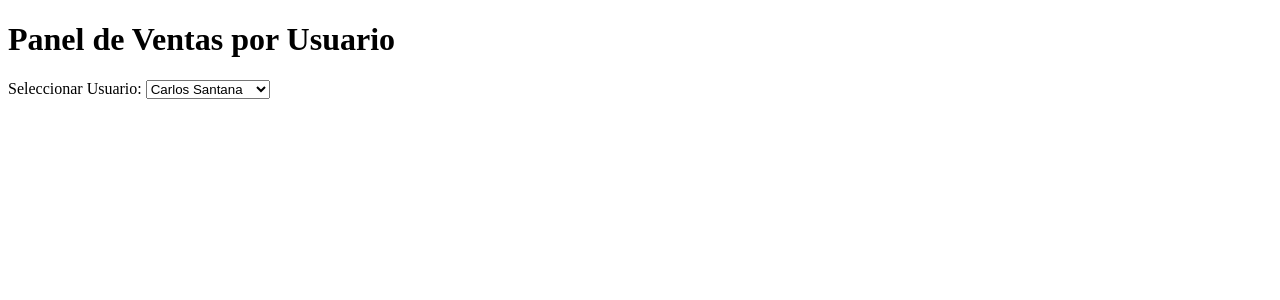
Repository: osoriomrs/DWEC
Page: EJER_12/EJER_05/index.html
An editor plug-in stored every save of this project. The page is shown before and after the next save, followed by the edit.
The browser window is 1280 px wide. The pictures show the whole page.

Above is the page before, as saved 2025-11-18 09:57:18.

After the next save:
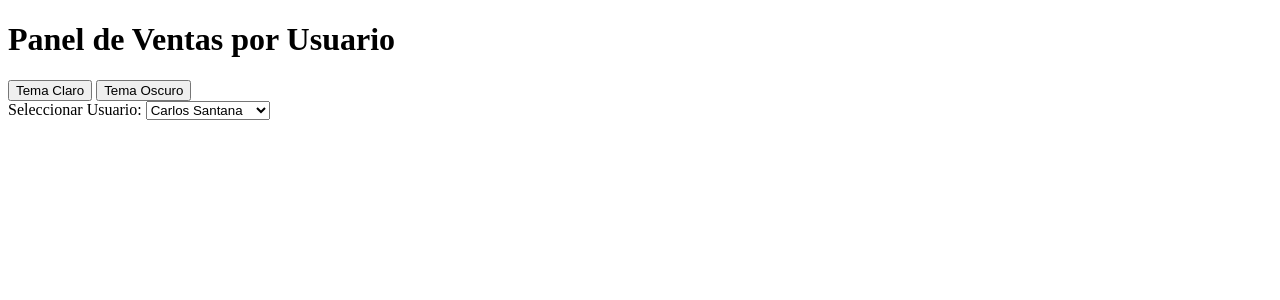
Saved 26 days later.
--- a/EJER_12/EJER_05/index.html
+++ b/EJER_12/EJER_05/index.html
@@ -7,6 +7,11 @@
 </head>
 <body>
   <h1>Panel de Ventas por Usuario</h1>
+  <div class="mb-3">
+  <button id="temaClaro" class="btn btn-light">Tema Claro</button>
+  <button id="temaOscuro" class="btn btn-dark">Tema Oscuro</button>
+</div>
+
 
   <label>Seleccionar Usuario:</label>
   <select id="selectUsuario"></select>

After the 2 saves that followed:
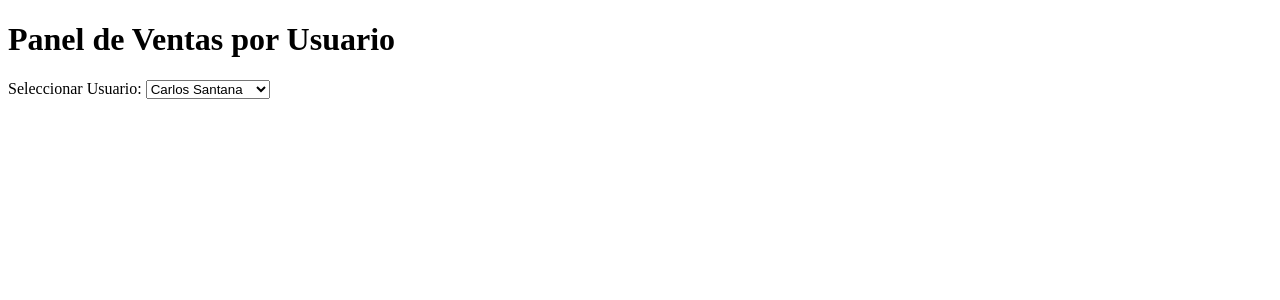
The 2 saves are shown as one change because 1 left the picture as it was.
The last was saved 4 min 11 s later.
--- a/EJER_12/EJER_05/index.html
+++ b/EJER_12/EJER_05/index.html
@@ -7,11 +7,6 @@
 </head>
 <body>
   <h1>Panel de Ventas por Usuario</h1>
-  <div class="mb-3">
-  <button id="temaClaro" class="btn btn-light">Tema Claro</button>
-  <button id="temaOscuro" class="btn btn-dark">Tema Oscuro</button>
-</div>
-
 
   <label>Seleccionar Usuario:</label>
   <select id="selectUsuario"></select>
